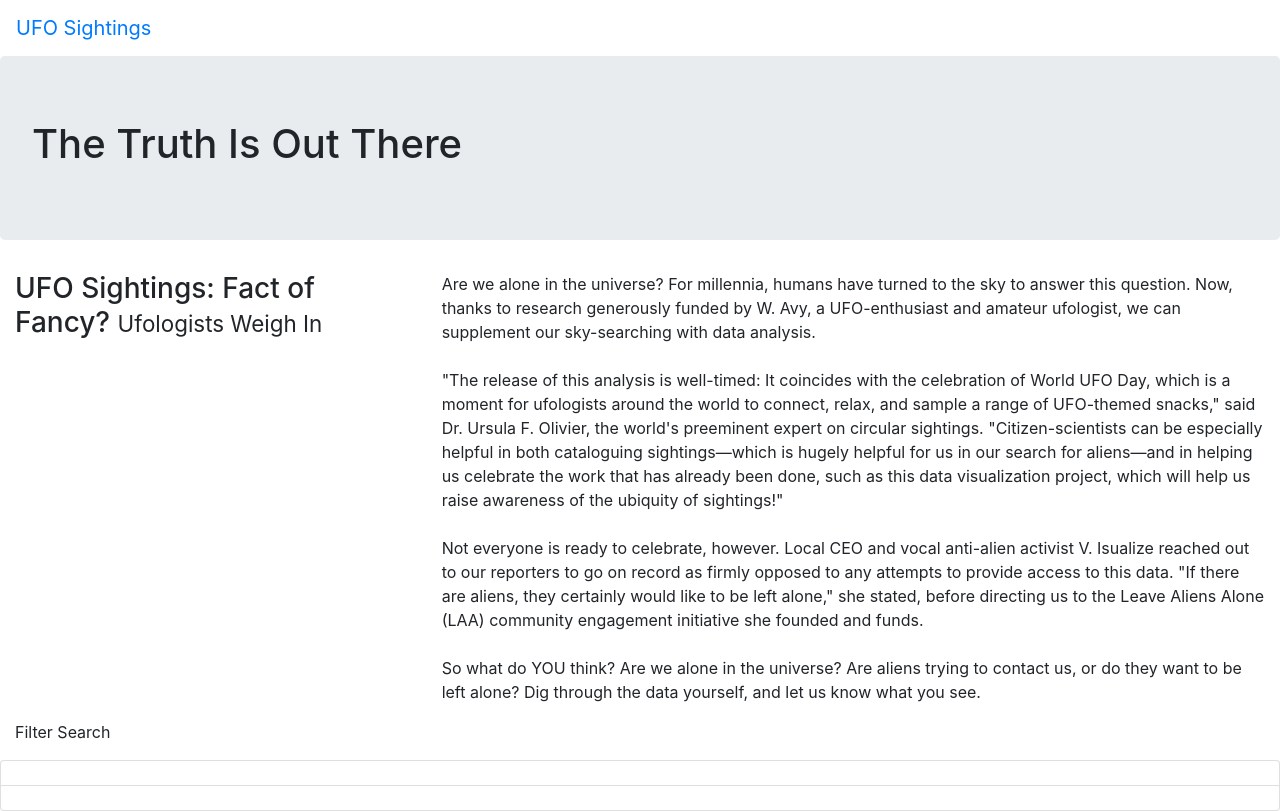
Repository: PaddyHQ/UFOs
Page: index.html
These files come from the project's save history. The page is drawn as it stood at one moment and after the next save; the edit follows.
The browser window is 1280 px wide. The pictures show the whole page.

Above is the page before, as saved 2022-02-02 21:24:00.

After the next save:
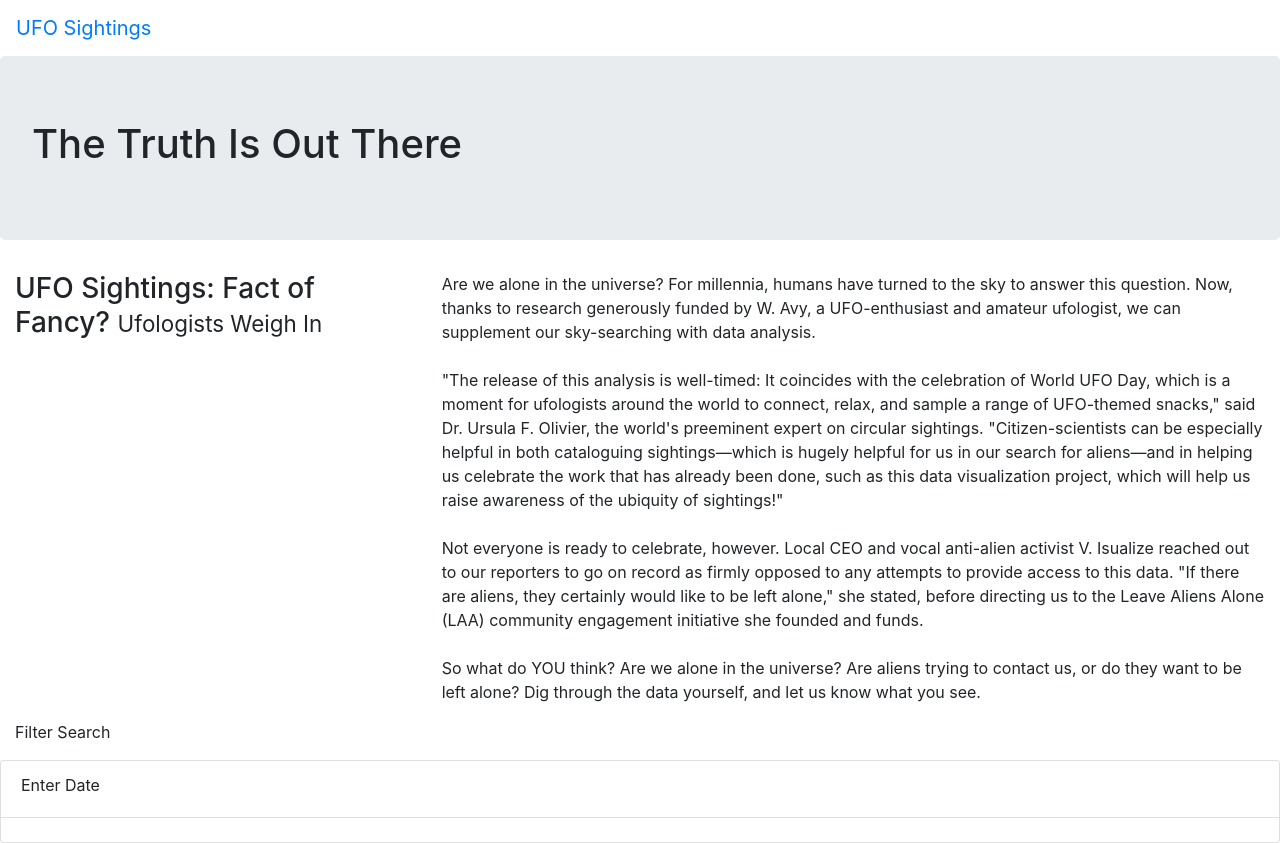
Saved 9 s later.
--- a/index.html
+++ b/index.html
@@ -49,7 +49,7 @@
       </div>
     <ul class="list-group">
         <li class="list-group-item">
-
+            <label for="date">Enter Date</label>
         </li>
         <li class="list-group-item">
 
